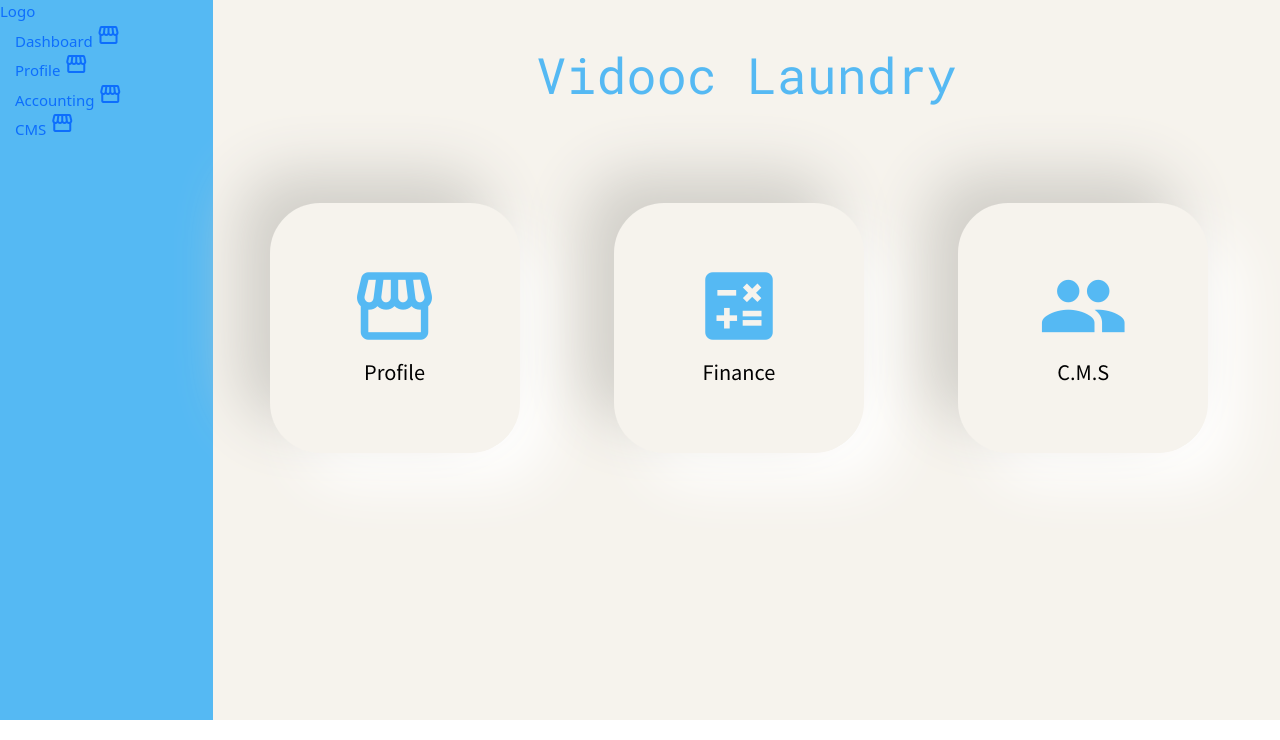
Repository: latenightsnacc/AllinOne
Page: Design/index.html
These files come from the project's save history. The page is drawn as it stood at one moment and after the next save; the edit follows.
The browser window is 1280 px wide. The pictures show the whole page.
The style sheet was rebuilt from its Sass, Less or Tailwind sources for each picture, by a compiler version that may differ from the author's.

Above is the page before, as saved 2020-09-16 14:49:11.

### Design/index.html
<!DOCTYPE html>
<html lang="en">
<head>
    <meta charset="UTF-8">
    <meta name="viewport" content="width=device-width, initial-scale=1.0">
    <!--Icons-->
    <link href="https://fonts.googleapis.com/icon?family=Material+Icons" rel="stylesheet">
    <!-- Compiled and minified CSS -->
    <link rel="stylesheet" href="https://cdnjs.cloudflare.com/ajax/libs/materialize/1.0.0/css/materialize.min.css">
    <link rel="stylesheet" href="https://stackpath.bootstrapcdn.com/bootstrap/5.0.0-alpha1/css/bootstrap.min.css" integrity="sha384-r4NyP46KrjDleawBgD5tp8Y7UzmLA05oM1iAEQ17CSuDqnUK2+k9luXQOfXJCJ4I" crossorigin="anonymous">
    <!--Custom css-->
    <link rel="stylesheet" href="Styles.css">
    <title>Welcome Page</title>
</head>
<body>
    <div class="row g-0">
        <div class="col-xs-3 col-sm-3 col-md-2 col-lg-2 col-xl-2">
            <div class="sidebar">
                <a href="#">
                    Logo
                    <img src="" alt="" />
                </a>
                <div class="container">
                    <ul class="side-menu">
                        <li class="side-link">
                            <a href="index.html">
                                <span class="nav-title">Dashboard</span>
                                <span class="nav-icon">
                                    <i class=" material-icons">storefront</i>
                                </span>

                            </a>
                        </li>
                        <li class="side-link">
                            <a href="index.html">
                                <span class="nav-title">Profile</span>
                                <span class="nav-icon">
                                    <i class=" material-icons">storefront</i>
                                </span>

                            </a>
                        </li class="side-link">
                        <li>
                            <a href="index.html">
                                <span class="nav-title">Accounting</span>
                                <span class="nav-icon">
                                    <i class=" material-icons">storefront</i>
                                </span>

                            </a>
                        </li>
                        <li class="side-link">
                            <a href="index.html">
                                <span class="nav-title">CMS</span>
                                <span class="nav-icon">
                                    <i class=" material-icons">storefront</i>
                                </span>

                            </a>
                        </li>
                    </ul>
                </div>
            </div>
        </div>

        <div class="col-xs-9 col-sm-9 col-md-10 col-lg-10 col-xl-10">
            <div class="wrapper">
                <div class="welcome-box py-5 text-center">
                    <h1 class="biz-title">Vidooc Laundry</h1>
                </div>
                <div class="row ml-5 py-5">
                    <div class="col-xs-12 col-sm-12 col-md-4 col-lg-4 col-xl-4 col-xxl-4">
                        <a href="#">
                            <div class="cardNew greyBs">
                                <div class="card-content">
                                    <div class="card-icon">
                                        <i class="large material-icons">storefront</i>
                                    </div>
                                    <div class="card-title text-center">Profile</div>

                                </div>
                            </div>
                        </a>
                    </div>
                    <div class="col-xs-12 col-sm-12 col-md-4 col-lg-4 col-xl-4 col-xxl-4">
                        <a href="#">
                            <div class="cardNew greyBs">
                                <div class="card-content">
                                    <div class="card-icon">
                                        <i class="large material-icons">calculate</i>
                                    </div>
                                    <div class="card-title text-center">Finance</div>

                                </div>
                            </div>
                        </a>
                    </div>
                    <div class="col-xs-12 col-sm-12 col-md-4 col-lg-4 col-xl-4 col-xxl-4">
                        <a href="#">
                            <div class="cardNew greyBs">
                                <div class="card-content">
                                    <div class="card-icon">
                                        <i class="large material-icons">people</i>
                                    </div>
                                    <div class="card-title text-center">C.M.S</div>

                                </div>
                            </div>
                        </a>
                    </div>
                </div>
            </div>

        </div>
    </div>


    <script src="https://cdn.jsdelivr.net/npm/popper.js@1.16.0/dist/umd/popper.min.js" integrity="sha384-Q6E9RHvbIyZFJoft+2mJbHaEWldlvI9IOYy5n3zV9zzTtmI3UksdQRVvoxMfooAo" crossorigin="anonymous"></script>
    <script src="https://stackpath.bootstrapcdn.com/bootstrap/5.0.0-alpha1/js/bootstrap.min.js" integrity="sha384-oesi62hOLfzrys4LxRF63OJCXdXDipiYWBnvTl9Y9/TRlw5xlKIEHpNyvvDShgf/" crossorigin="anonymous"></script>
</body>
</html>

### Design/Styles.scss
@import 'variables';

*{
    margin: 0;
    padding: 0;
    box-sizing: border-box;
    list-style: none;
    text-decoration: none;

}
body, html {
    overflow: hidden;
}

.sidebar, .wrapper {
    height: 100vh;
}

.sidebar {
    background-color: $blue;


}
.wrapper {
    background-color: $grey;
}
.greyBs {
    background-color: $grey;
    box-shadow: $bsGrey;
    border-radius: $borderR;
    color: $blue;
}
.cardNew{
    display: flex;
    flex-direction: column;
    align-items: center;
    justify-content: center;
    width: 250px;
    height: 250px;

}
.card-title {
    font-family: $fontNoto;
    font-size: 20px;
    color: black;
}
.biz-title {
    font-family: $fontRoboto;
    font-size: 50px;
    color: $blue;
}

a {
    text-decoration: none;
}

### Design/_variables.scss
@import url('https://fonts.googleapis.com/css2?family=Roboto+Mono&display=swap');
@import url('https://fonts.googleapis.com/css2?family=Noto+Sans+HK&display=swap');

$fontRoboto: 'Roboto Mono', monospace;
$fontNoto: 'Noto Sans HK', sans-serif;
$blue: #55b9f3;
$white: #fff;
// $grey: #bdcfe5;
$grey: #f6f3ed;
$borderR: 50px;
$Brb: 50px;
$bsGrey:  -30px -30px 60px #d1cfc9,
30px 30px 60px #ffffff;
$bsBlue:  20px 20px 60px #489dcf,
-20px -20px 60px #62d5ff;

After the next save:
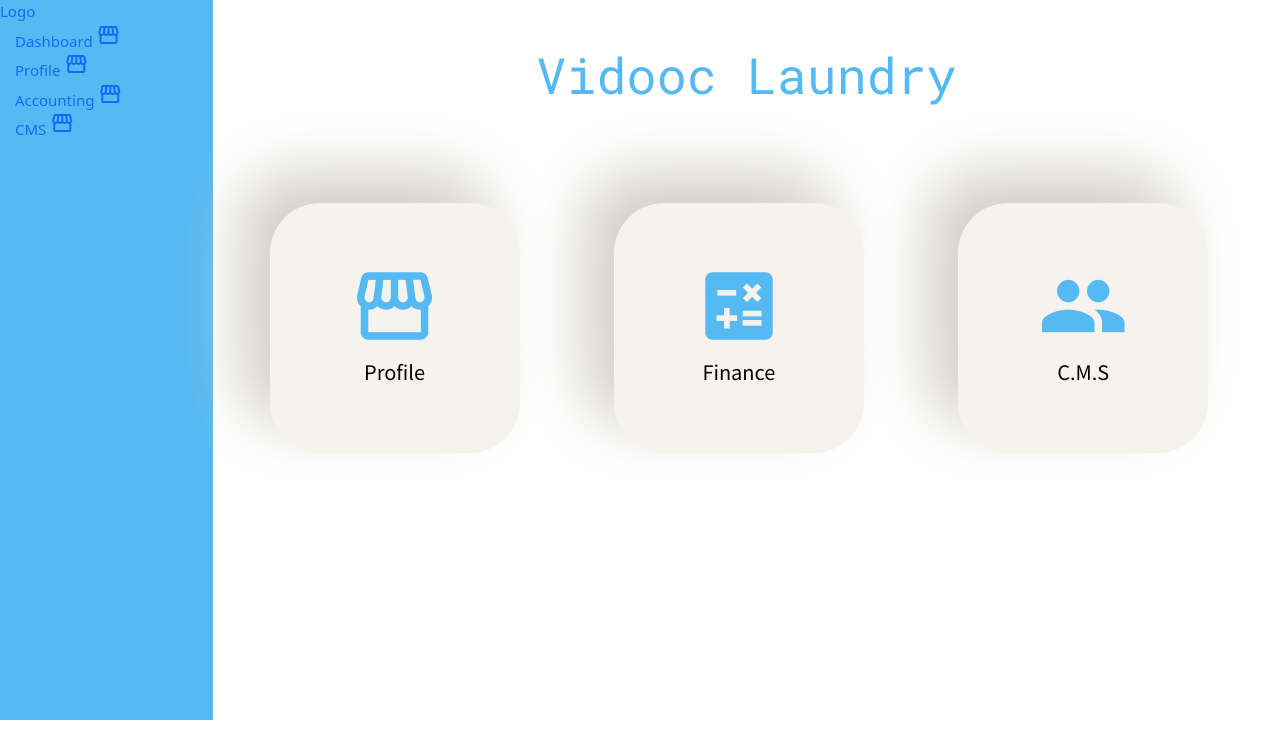
Saved 55 s later.
--- a/Design/Styles.scss
+++ b/Design/Styles.scss
@@ -21,6 +21,7 @@
 
 
 }
+.side-menu
 .wrapper {
     background-color: $grey;
 }

After the save that followed:
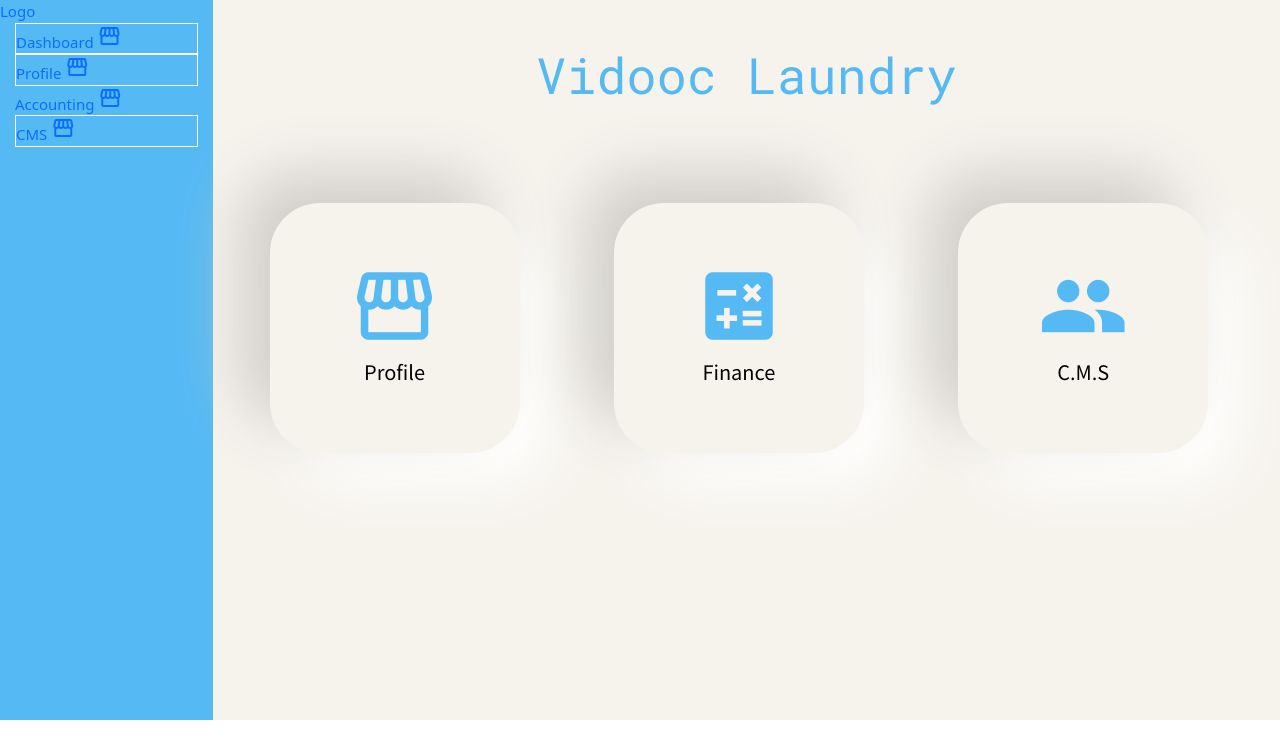
Saved 72 s later.
--- a/Design/Styles.scss
+++ b/Design/Styles.scss
@@ -21,7 +21,14 @@
 
 
 }
-.side-menu
+.side-menu {
+
+    .side-link{
+        background-color: $blue;
+        border: 1px solid $white;
+    }
+
+}
 .wrapper {
     background-color: $grey;
 }
